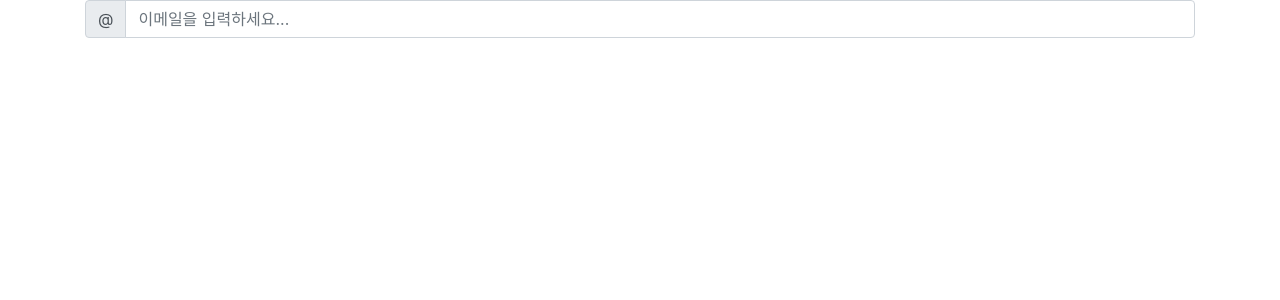
Repository: Junhee1412/front_end_practice
Page: jquery, bootstrap/js05_bootstrap/public/js07_input.html
An editor plug-in stored every save of this project. The page is shown before and after the next save, followed by the edit.
The browser window is 1280 px wide. The pictures show the whole page.

Above is the page before, as saved 2022-11-16 03:04:19.

After the next save:
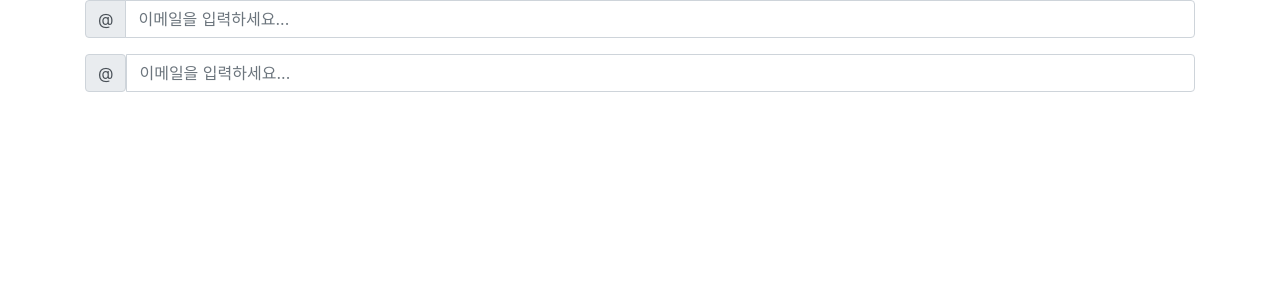
Saved 51 s later.
--- a/jquery, bootstrap/js05_bootstrap/public/js07_input.html
+++ b/jquery, bootstrap/js05_bootstrap/public/js07_input.html
@@ -19,9 +19,16 @@
 				<div class="input-group-prepend">
 					<span class="input-group-text">@</span>
 				</div>
-				<input type="text" class="form-control" placeholder="이메일을 입력하세요..."
-				style=width:100px/>
+				<input type="text" class="form-control" placeholder="이메일을 입력하세요..." />
 			</div>
+
+			<div class="input-group mb-3">
+				<div class="input-group-upend">
+					<span class="input-group-text">@</span>
+				</div>
+				<input type="text" class="form-control" placeholder="이메일을 입력하세요..." />
+			</div>
+
 	</div>
 </body>
 </html>
